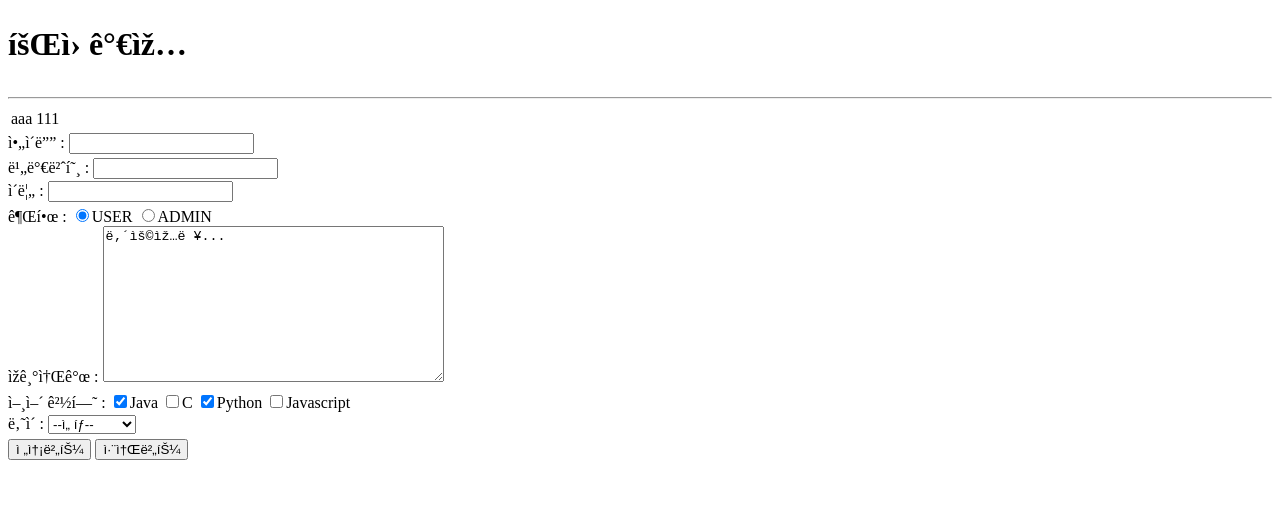
Repository: serim53/JSPStudy
Page: http://localhost/BoardWeb_JSP_/insertUser.jsp
An editor plug-in stored every save of this project. The page is shown before and after the next save, followed by the edit.
The browser window is 1280 px wide. The pictures show the whole page.
The page is served by Tomcat 10. Other server files are loaded and not shown.

Above is the page before, as saved 2025-07-08 05:00:05.

### BoardWeb(JSP)/src/main/webapp/insertUser.jsp
<!DOCTYPE html PUBLIC "-//W3C//DTD HTML 4.01 Transitional//EN" "http://www.w3.org/TR/html4/loose.dtd">
<html>
<head>
<meta http-equiv="Content-Type" content="text/html; charset=UTF-8">
<title>회원가입</title>
</head>
<body>
<h1>회원 가입</h1>
<hr>
<form action="insertUser.do" method="get">

<table>
	<tr><td>aaa</td><td>111</td></tr>
</table>
아이디 : <input type="text" size="20"/><br>
비밀번호 : <input type="password" size="20"/><br>
이름 : <input type="text"/><br>
권한 : <input name="role" type="radio" checked/>USER
      <input name="role" type="radio"/>ADMIN<br>
자기소개 : <textarea rows="10" cols="40">내용입력...</textarea><br>
언어 경험 : <input type="checkbox" checked/>Java
		  <input type="checkbox"/>C
		  <input type="checkbox" checked/>Python
		  <input type="checkbox"/>Javascript<br>
나이 : <select>
		<option>--선택--
		<option>10대
		<option>20대
		<option>30대
		<option>40대
		<option>50대
		<option>60대 이상
	  </select><br>
<input type="submit" value="전송버튼"/>
<input type="reset" value="취소버튼"/>
</form>
</body>
</html>

After the next save:
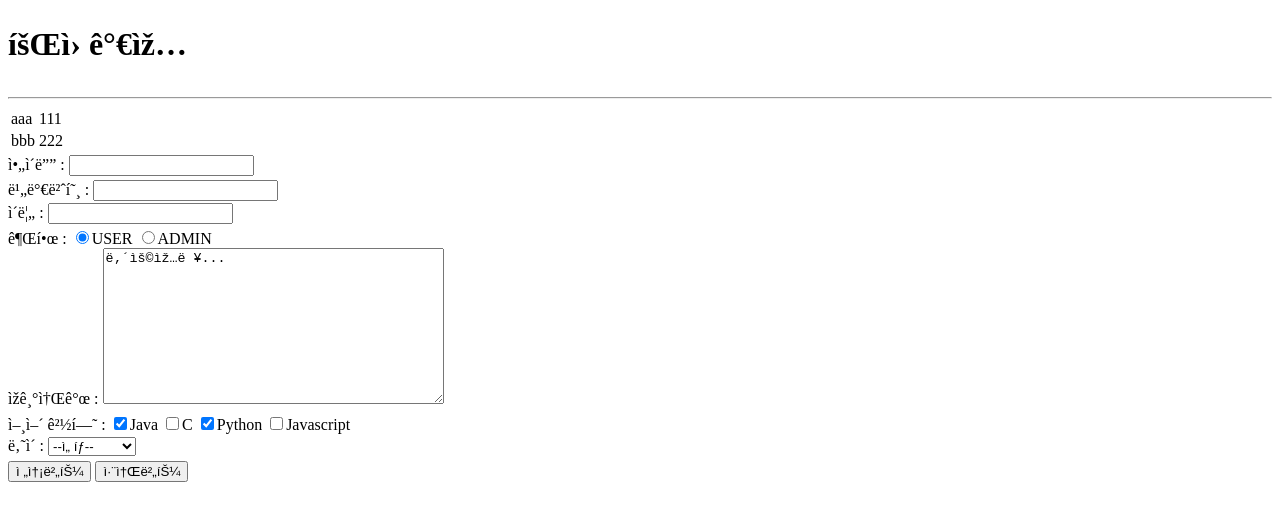
Saved 10 s later.
--- a/BoardWeb(JSP)/src/main/webapp/insertUser.jsp
+++ b/BoardWeb(JSP)/src/main/webapp/insertUser.jsp
@@ -11,6 +11,7 @@
 
 <table>
 	<tr><td>aaa</td><td>111</td></tr>
+	<tr><td>bbb</td><td>222</td></tr>
 </table>
 아이디 : <input type="text" size="20"/><br>
 비밀번호 : <input type="password" size="20"/><br>
